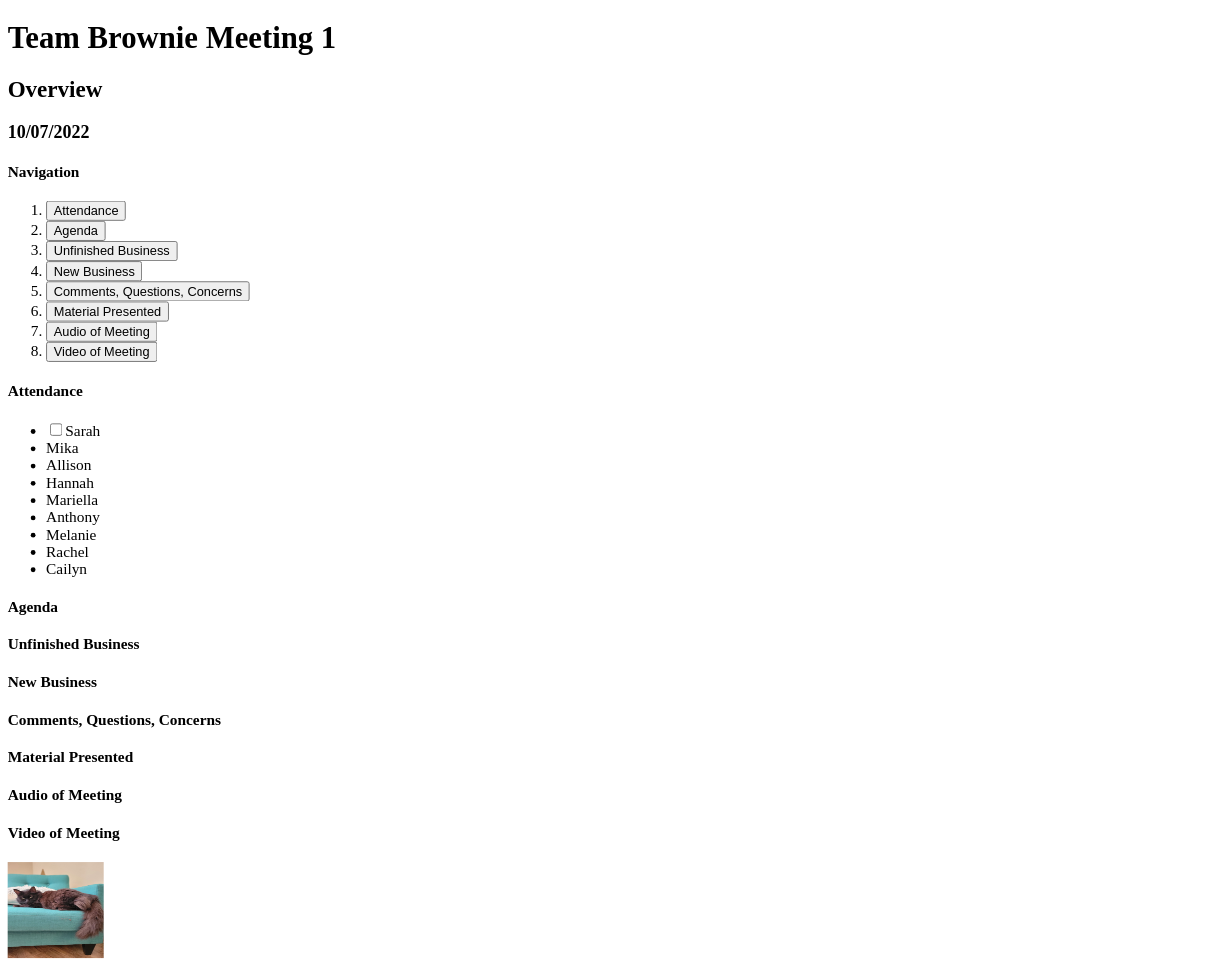
Repository: sarahtthomson/fa22-cse110-lab3
Page: index.html
An editor plug-in stored every save of this project. The page is shown before and after the next save, followed by the edit.
The browser window is 1280 px wide. The pictures show the whole page, at 96% of full size.

Above is the page before, as saved 2022-10-07 16:49:55.

### index.html
<!DOCTYPE html>
<html lang="en">
    <head>
        <Title>Team Brownie</Title>
        <meta name="description" content="Meeting minutes for Team Brownie">
        <link rel="icon" href="favicon.ico" />
    </head>
    <body>
        <header>
            <h1>Team Brownie Meeting 1</h1>
            <h2>Overview</h2>
            <h3>10/07/2022</h3>
        </header>
        <main>
            <nav class="nav">
                <h4>Navigation</h4>
                <ol>
                    <li><a href="#Attendance" ><button type="button">Attendance</button></a></li>
                    <li><a href="#Agenda"><button type="button">Agenda</button></a></li>
                    <li><a href="#Unfinished Business"><button type="button">Unfinished Business</button></a></li>
                    <li><a href="#New Business"><button type="button">New Business</button></a></li>
                    <li><a href="#Comments"><button type="button">Comments, Questions, Concerns</button></a></li>
                    <li><a href="#Material"></a><button type="button">Material Presented</button></a></li>
                    <li><a href="#Audio"><button type="button">Audio of Meeting</button></a></li>
                    <li><a href="#Video"><button type="button">Video of Meeting</button></a></li>
                </ol>
            </nav>
            <div class="Attendance" id="Attendance">
                <h4>Attendance</h4>
                <ul>
                    <li><input type="checkbox">Sarah</checkbox></li>
                    <li>Mika</li>
                    <li>Allison</li>
                    <li>Hannah</li>
                    <li>Mariella</li>
                    <li>Anthony</li>
                    <li>Melanie</li>
                    <li>Rachel</li>
                    <li>Cailyn</li>
                </ul>
            </div>
            <div class="Agenda" id="Agenda">
                <h4>Agenda</h4>

            </div>
            <div class="Unfinished Business" id="Agenda">
                <h4>Unfinished Business</h4>
            </div>
            <div class="New Business" id="New Business">
                <h4>New Business</h4>
            </div>
            <div class="Comments" id="Comments">
                <h4>Comments, Questions, Concerns</h4>
            </div>
            <div class="Material" id="Material">
                <h4>Material Presented</h4>
            </div>
            <div class="Audio" id="Audio">
                <h4>Audio of Meeting</h4>
            </div>
            <div class="Video" id="Video">
                <h4>Video of Meeting</h4>
            </div>
        </main>
        <img height="100" width="100" src="cat.jpg">
    </body>
</html>

After the next save:
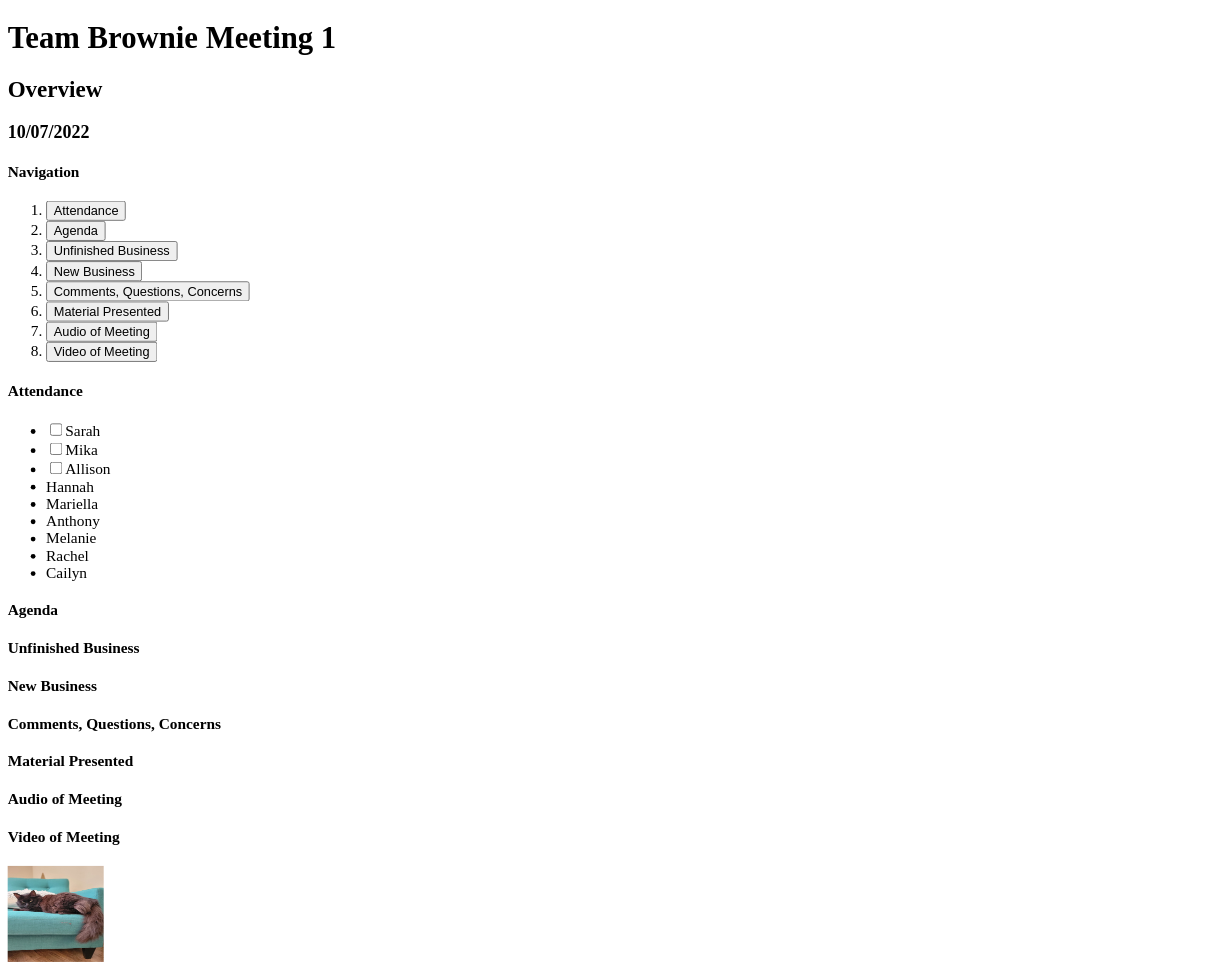
Saved 92 s later.
--- a/index.html
+++ b/index.html
@@ -28,9 +28,9 @@
             <div class="Attendance" id="Attendance">
                 <h4>Attendance</h4>
                 <ul>
-                    <li><input type="checkbox">Sarah</checkbox></li>
-                    <li>Mika</li>
-                    <li>Allison</li>
+                    <li><input type="checkbox">Sarah</li>
+                    <li><input type="checkbox">Mika</li>
+                    <li><input type="checkbox">Allison</li>
                     <li>Hannah</li>
                     <li>Mariella</li>
                     <li>Anthony</li>
